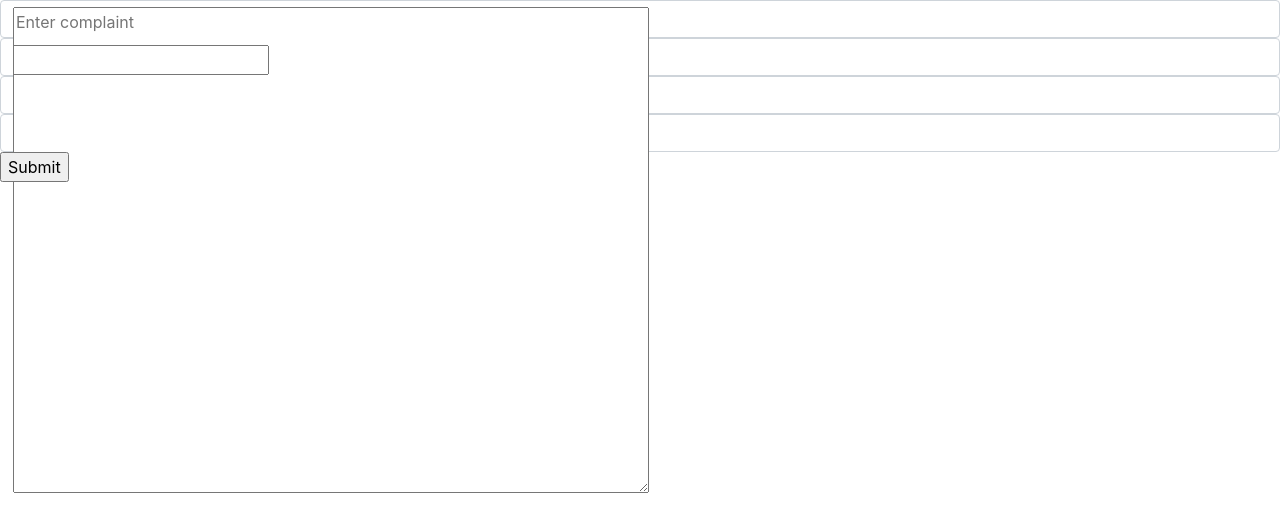
Repository: mkejeiri/Java-Entreprise
Page: http://localhost/complaintsystem/helloWorld
An editor plug-in stored every save of this project. The page is shown before and after the next save, followed by the edit.
The browser window is 1280 px wide. The pictures show the whole page.
The page is served by Tomcat 9.

Above is the page before, as saved 2018-05-10 19:06:35.

After the next save:
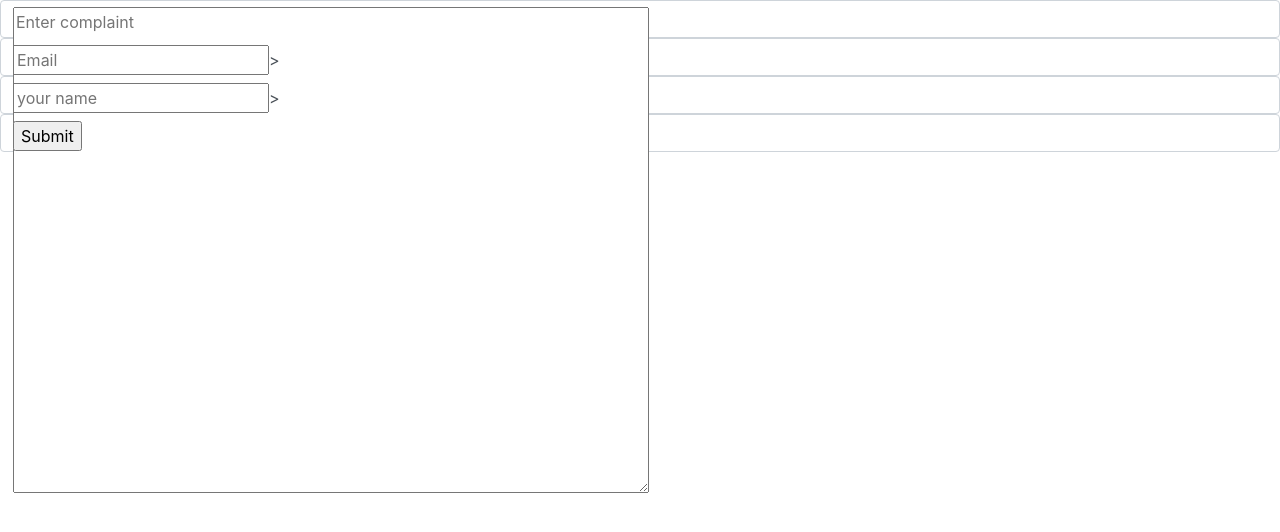
Saved 90 s later.
--- a/complaintsystem/complaintsystem/WebContent/WEB-INF/HelloWorld.jsp
+++ b/complaintsystem/complaintsystem/WebContent/WEB-INF/HelloWorld.jsp
@@ -10,23 +10,23 @@
 <title>Insert title here</title>
 </head>
 <body>
-	<form action="/complaintsystem/submitComplaint" method="post" class="form-group">
-	<div class="form-control">
-		<textarea name="complaint" cols="60" rows="20" placeholder="Enter complaint"></textarea> <br/>
-	</div>
-	<div class="form-control">
-		<input type="email" name="email">
-	</div>
-	<div class="form-control">
+	<div class="form-group">
+		<form action="/complaintsystem/submitComplaint" method="post">
+		<div class="form-control">
+			<textarea name="complaint" cols="60" rows="20" placeholder="Enter complaint"></textarea> <br/>
+		</div>
+		<div class="form-control">
+			<input type="email" name="email" placeholder="Email">>
+		</div>
+		<div class="form-control">
+		<input type="text" name="name" placeholder="your name">>
+		</div>
+		<div class="form-control">
+		<input type="submit" value="Submit">
+		</div>
+		</form>
 
 	</div>
-	<div class="form-control">
-
-	</div>
-
-		<input type="submit" value="Submit">
-
-	</form>
 	 <script src="https://code.jquery.com/jquery-3.3.1.slim.min.js" integrity="sha384-q8i/X+965DzO0rT7abK41JStQIAqVgRVzpbzo5smXKp4YfRvH+8abtTE1Pi6jizo" crossorigin="anonymous"></script>
     <script src="https://cdnjs.cloudflare.com/ajax/libs/popper.js/1.14.3/umd/popper.min.js" integrity="sha384-ZMP7rVo3mIykV+2+9J3UJ46jBk0WLaUAdn689aCwoqbBJiSnjAK/l8WvCWPIPm49" crossorigin="anonymous"></script>
     <script src="https://stackpath.bootstrapcdn.com/bootstrap/4.1.1/js/bootstrap.min.js" integrity="sha384-smHYKdLADwkXOn1EmN1qk/HfnUcbVRZyYmZ4qpPea6sjB/pTJ0euyQp0Mk8ck+5T" crossorigin="anonymous"></script>
